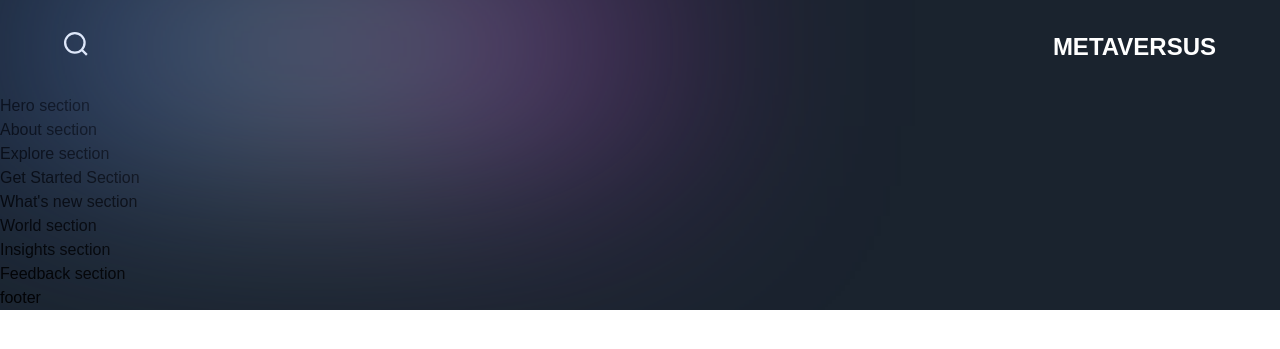
Repository: remydev47/metaoasis
Page: /
The author's editor kept a copy of each file at every save. The page is drawn from the files as they stood at one save, then again after the next save.
The browser window is 1280 px wide. The pictures show the whole page.
Some web fonts or font styles are not loaded; a fallback is used. The project was rebuilt for these pictures with package versions that can differ from the ones it lists, and the page was loaded fresh each time. The framework's server and built-in components were replaced by stand-ins that run in the browser. Also part of the build but not shown: next.config.js, components/CustomTexts.jsx, components/ExploreCard.jsx, components/StartSteps.jsx, components/NewFeatures.jsx, components/InsightCard.jsx.

Above is the page before, as saved 2022-11-30 12:49:52.

After the next save:
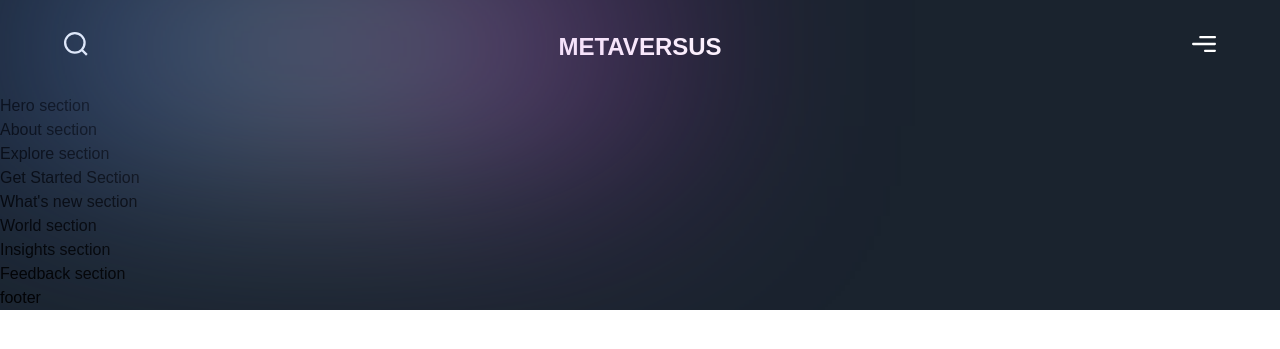
Saved 4 min 47 s later.
--- a/components/Navbar.jsx
+++ b/components/Navbar.jsx
@@ -20,6 +20,11 @@ const Navbar = () => (
       <h2 className='font-extrabold text-[24px] leading-[30px] text-white'>
         METAVERSUS
       </h2>
+      <img
+        src="/menu.svg"
+        alt="menu"
+        className="w-[24px] h-[24px] object-contain"
+      />
     </div>
   </motion.nav>
 );
